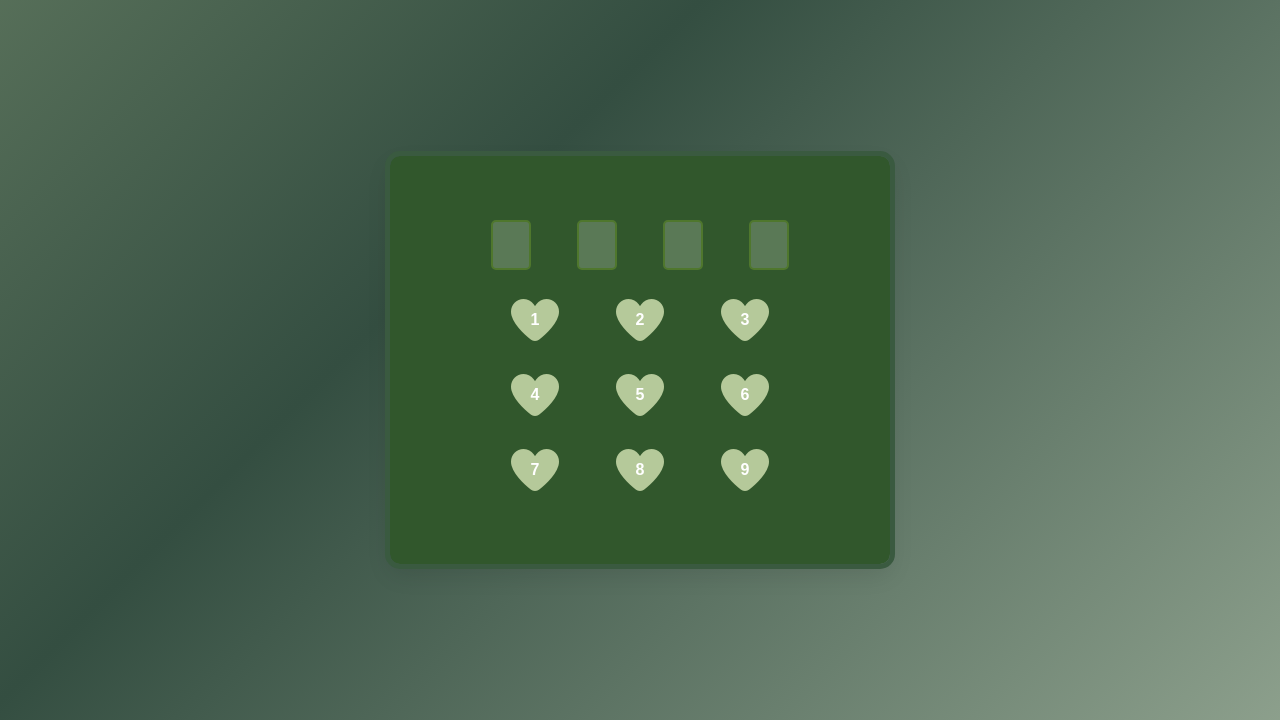
Repository: jahatesu/project-cutie
Page: index.html
These files come from the project's save history. The page is drawn as it stood at one moment and after the next save; the edit follows.
The browser window is 1280 px wide. The pictures show the whole page.
Some web libraries are served in a nearby version.

Above is the page before, as saved 2025-08-14 23:49:47.
Console error: TypeError: Cannot read properties of null (reading 'getBoundingClientRect')

After the next save:
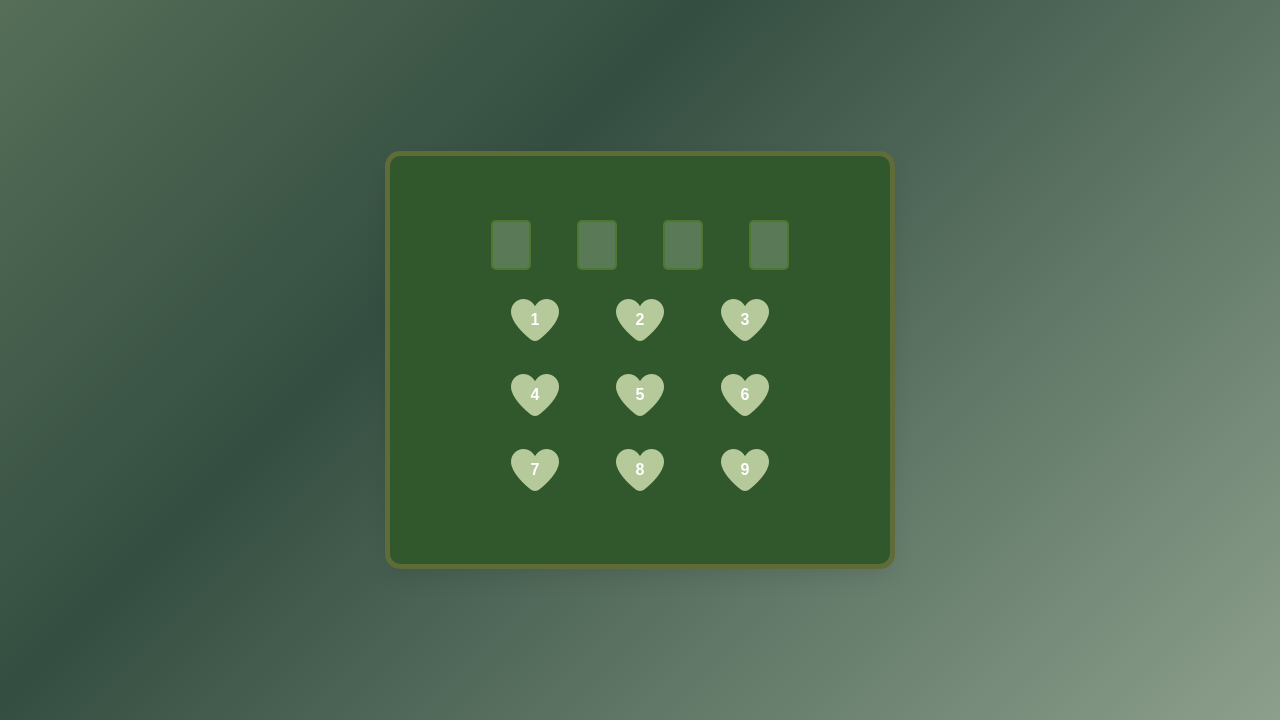
Saved 13 s later.
--- a/style.css
+++ b/style.css
@@ -54,7 +54,7 @@ body {
     box-shadow: 0 10px 25px rgba(0,0,0,0.1);
     flex-direction: column;
     text-align: center;
-    outline: 5px solid #3a5a40;
+    outline: 5px solid #606c38;
 }
 
 .pin-display{
